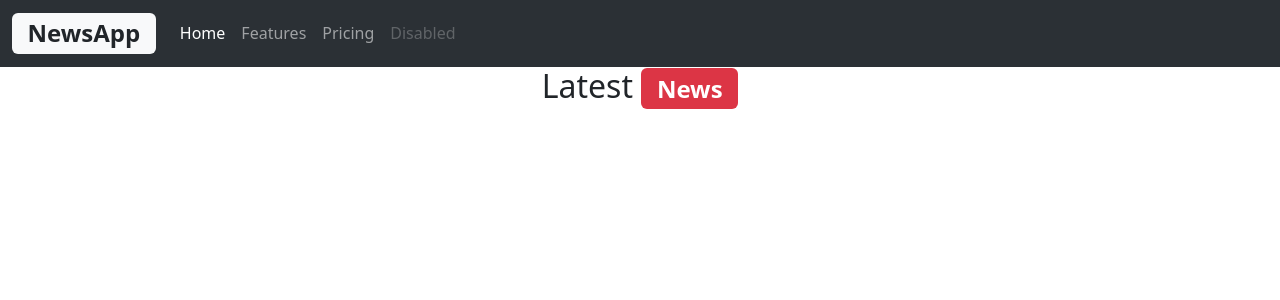
Repository: Abhishek-Thakur14/NewsXpress
Page: /
The author's editor kept a copy of each file at every save. The page is drawn from the files as they stood at one save, then again after the next save.
The browser window is 1280 px wide. The pictures show the whole page.
The page's requests for data from a server got no answer. The project was rebuilt for these pictures with package versions that can differ from the ones it lists, and the page was loaded fresh each time. No one was signed in, and anything a server would have sent is missing. Also part of the build but not shown: vite.config.js, src/Components/NewsItem.jsx.

Above is the page before, as saved 2025-02-08 16:17:00.

After the next save:
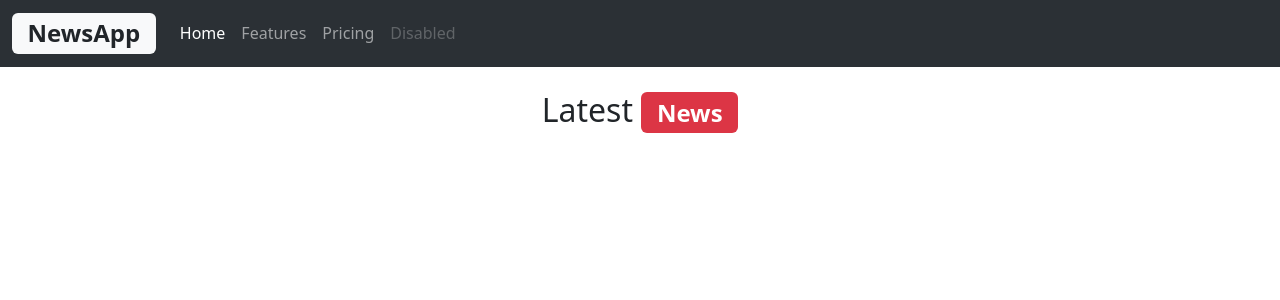
Saved 97 s later.
--- a/src/Components/NewsBoard.jsx
+++ b/src/Components/NewsBoard.jsx
@@ -1,26 +1,41 @@
-import { useState } from "react";
-import { useEffect } from "react";
+import { useState, useEffect } from "react";
 import NewsItem from "./NewsItem";
 
 const NewsBoard = () => {
   const [articles, setArticles] = useState([]);
 
   useEffect(() => {
-    let url = `https://newsapi.org/v2/top-headlines?country=us&apiKey=776b22a1db104c6bbaec009b9a90f307`;
-    fetch(url)
-      .then((response) => response.json())
-      .then((data) => setArticles(data.articles));
-    console.log(articles)
-  },[]);
+    const fetchNews = async () => {
+      try {
+        let url = `https://newsapi.org/v2/top-headlines?country=us&apiKey=776b22a1db104c6bbaec009b9a90f307`;
+        let response = await fetch(url);
+        let data = await response.json();
+        setArticles(data.articles || []);
+      } catch (error) {
+        console.error("Error fetching news:", error);
+      }
+    };
+
+    fetchNews();
+  }, []);
 
   return (
-    <div>
+    <div className="container my-4">
       <h2 className="text-center">
         Latest <span className="badge bg-danger">News</span>
-          </h2>
-          {articles.map((news, index) => {
-              return <NewsItem key={index} title={news.title} description={news.description}  url={news.url} />
-          })}
+      </h2>
+      <div className="row">
+        {articles.map((news, index) => (
+          <div className="col-md-4" key={index}>
+            <NewsItem
+              title={news.title}
+              description={news.description}
+              url={news.url}
+              imageUrl={news.urlToImage}
+            />
+          </div>
+        ))}
+      </div>
     </div>
   );
 };
